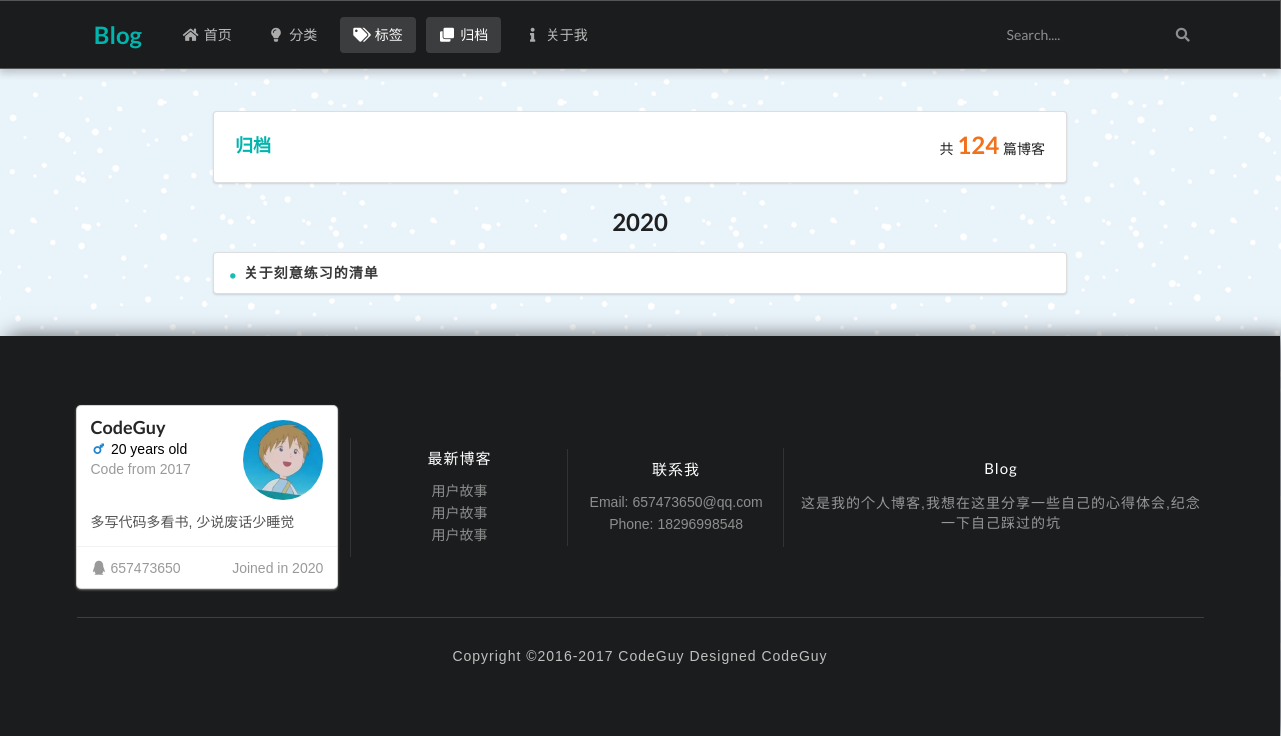
Repository: GOGOHQ/myblog
Page: archives.html
An editor plug-in stored every save of this project. The page is shown before and after the next save, followed by the edit.
The browser window is 1280 px wide. The page is 1281 px wide, so the pictures cover 1281 px, including what lies to the right of the window. The pictures show the whole page.
Some web libraries are served in a nearby version.

Above is the page before, as saved 2020-01-17 19:51:14.

After the next save:
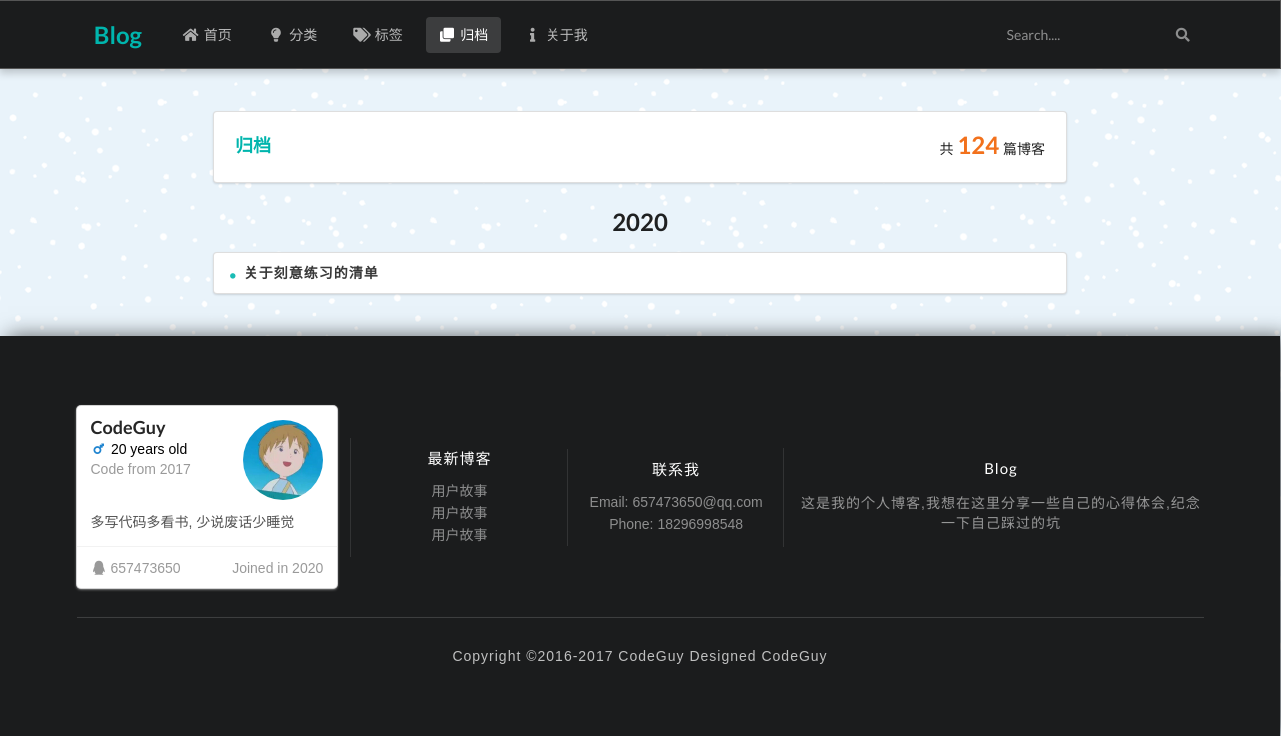
Saved 96 s later.
--- a/archives.html
+++ b/archives.html
@@ -19,7 +19,7 @@
             <h2 class="ui teal header item">Blog</h2>
             <a href="#" class="m-item m-mobile-hide item"><i class="home icon"></i>首页</a>
             <a href="#" class="m-item m-mobile-hide item"><i class="idea icon"></i>分类</a>
-            <a href="#" class="active m-item m-mobile-hide item"><i class="tags icon"></i>标签</a>
+            <a href="#" class="m-item m-mobile-hide item"><i class="tags icon"></i>标签</a>
             <a href="#" class="active m-item m-mobile-hide item"><i class="clone icon"></i>归档</a>
             <a href="#" class="m-item m-mobile-hide item"><i class="info icon"></i>关于我</a>
             <div class="m-item right item m-mobile-hide">
